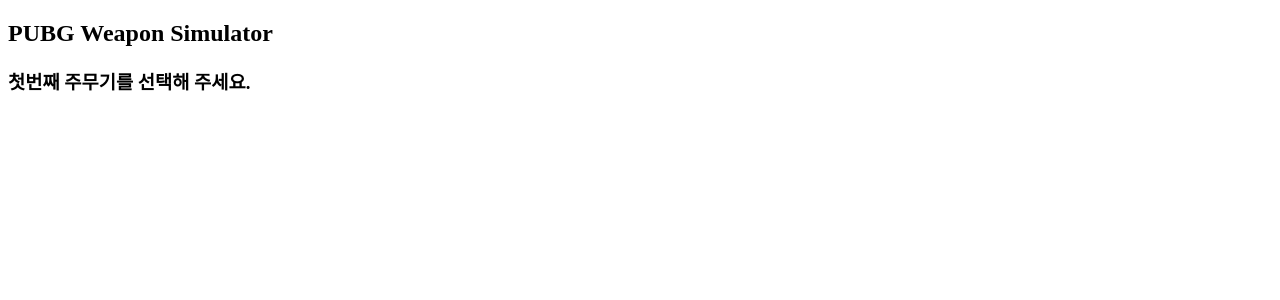
Repository: Tak-kuen/18-2
Page: http://localhost/1501163-report1/1_Start.jsp
The author's editor kept a copy of each file at every save. The page is drawn from the files as they stood at one save, then again after the next save.
The browser window is 1280 px wide. The pictures show the whole page.
The page is served by Tomcat 9.

Above is the page before, as saved 2018-09-07 04:18:20.

### code/1501163-report1/WebContent/1_Start.jsp
<%@ page language="java" contentType="text/html; charset=UTF-8"
    pageEncoding="UTF-8"%>
<!DOCTYPE html>
<html>
<head>
<meta charset="UTF-8">
<title>1501163_firstpage</title>
</head>
<body>
<h2>PUBG Weapon Simulator</h2>
<h3>첫번째 주무기를 선택해 주세요.</h3>

</body>
</html>

After the next save:
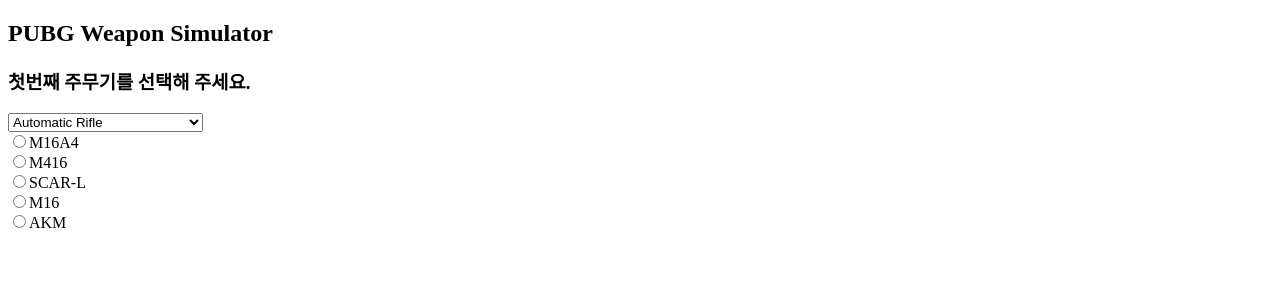
Saved 15 min 54 s later.
--- a/code/1501163-report1/WebContent/1_Start.jsp
+++ b/code/1501163-report1/WebContent/1_Start.jsp
@@ -9,6 +9,27 @@
 <body>
 <h2>PUBG Weapon Simulator</h2>
 <h3>첫번째 주무기를 선택해 주세요.</h3>
+<form action="second.jsp" method="post">
+<select name="category" required>
+	<option value="ar" selected>Automatic Rifle
+	<option value="sr">Sniper Rifle &
+	<option value="dmr">Designated Marksman's Rifle
+	<option value="smg">Submachine Gun
+	<option value="sg">Shotgun
+	<option value="etc">Etc
+</select><br/>
+<%
+String category="";
+session.setAttribute(category, "category");
+String wp1 = (String)session.getAttribute(category);
+if(wp1.equals("ar"))%>
+<input type="radio" name="ar" value="m16">M16A4<br/>
+<input type="radio" name="ar" value="m4">M416<br/>
+<input type="radio" name="ar" value="scar">SCAR-L<br/>
+<input type="radio" name="ar" value="qbz">M16<br/>
+<input type="radio" name="ar" value="ak">AKM<br/>
 
+
+</form>
 </body>
 </html>
